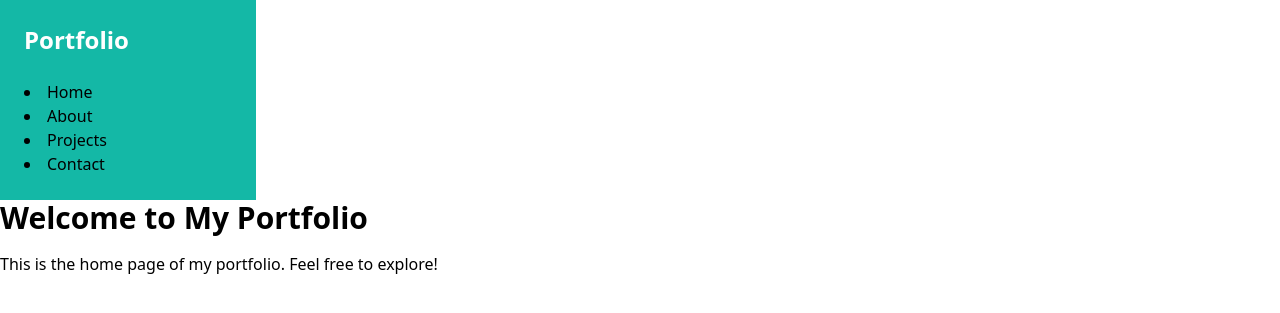
Repository: feyroozecode/feyroozecode.github.io
Page: index.html
These files come from the project's save history. The page is drawn as it stood at one moment and after the next save; the edit follows.
The browser window is 1280 px wide. The pictures show the whole page.
Some web libraries are served in a nearby version.

Above is the page before, as saved 2023-11-30 21:38:55.

After the next save:
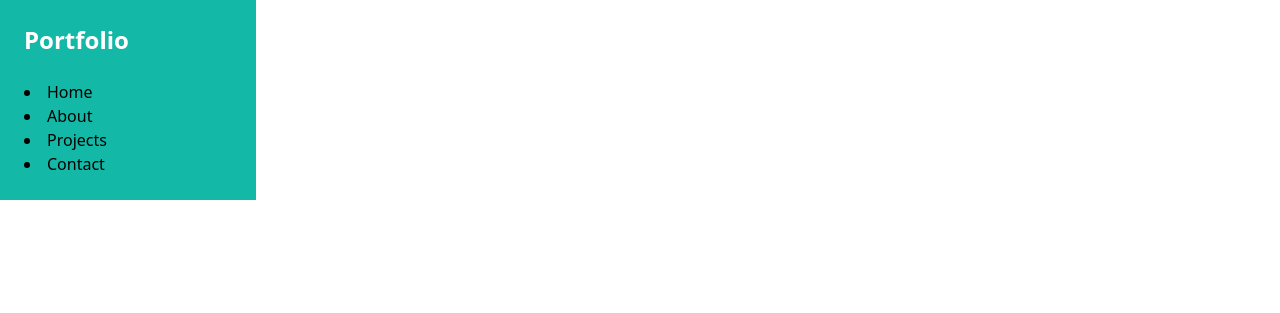
Console error: SyntaxError: Unexpected token 'break'
Saved 15 s later.
--- a/index.html
+++ b/index.html
@@ -78,7 +78,7 @@
             renderPage(homePage)
         break;
       case 'about':
-        renderAbout();
+        renderPage(
         break;
       case 'projects':
         renderProjects();

After the save that followed:
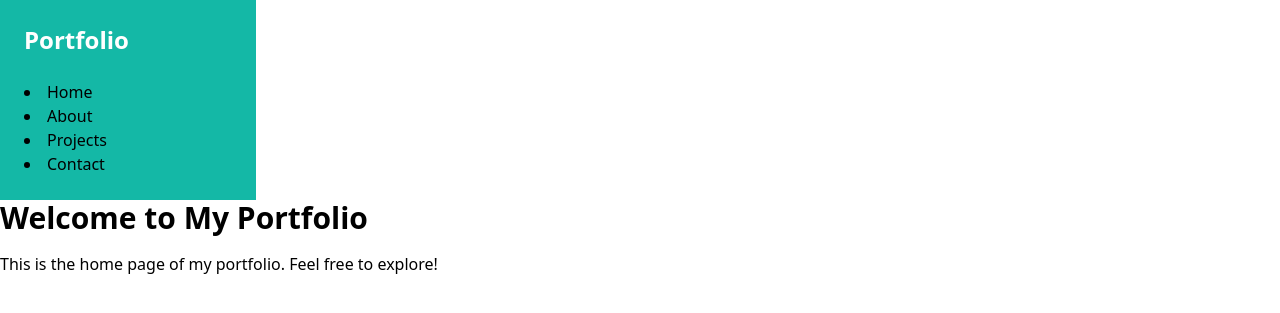
The error is gone.
Saved 4 s later.
--- a/index.html
+++ b/index.html
@@ -78,7 +78,7 @@
             renderPage(homePage)
         break;
       case 'about':
-        renderPage(
+        renderPage()
         break;
       case 'projects':
         renderProjects();
